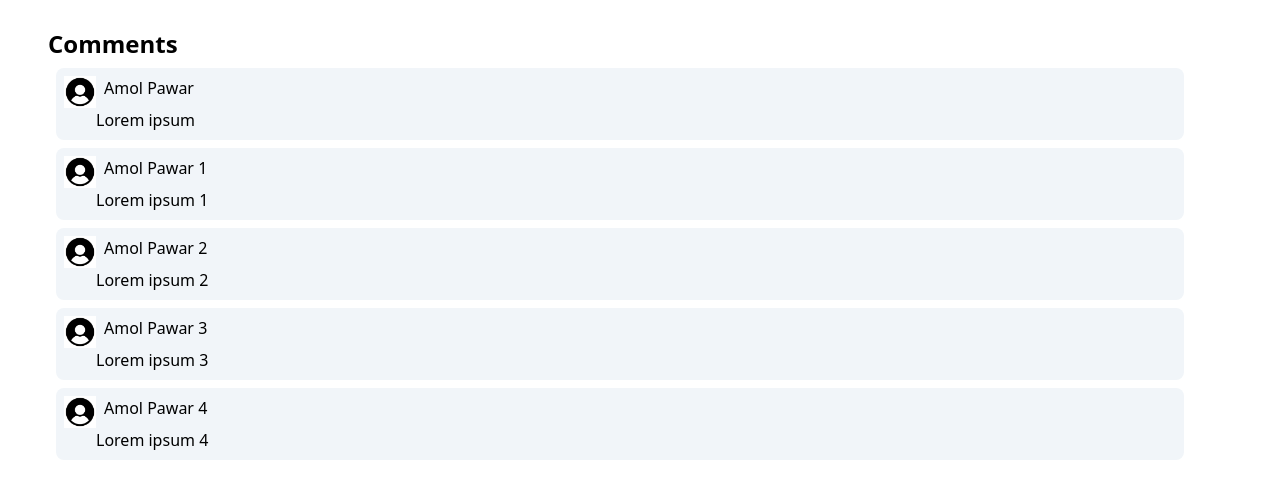
Repository: AmolPawar7181/namaste-youtube
Page: /watch
An editor plug-in stored every save of this project. The page is shown before and after the next save, followed by the edit.
The browser window is 1280 px wide. The pictures show the part of the page from y = 574 to 1390 px (the page is 1070 px tall before and 1390 px after).
The project was rebuilt for these pictures with package versions that can differ from the ones it lists, and the page was loaded fresh each time. Also part of the build but not shown: vite.config.ts, src/components/Button.tsx, src/components/ButtonList.tsx, src/components/VideoCard.tsx, src/components/VideoContainer.tsx, src/components/MainContainer.tsx.

Above is the page before, as saved 2023-03-27 16:27:53.

### index.html
<!DOCTYPE html>
<html lang="en">
	<head>
		<meta charset="UTF-8" />
		<link rel="icon" type="image/svg+xml" href="/vite.svg" />
		<meta name="viewport" content="width=device-width, initial-scale=1.0" />
		<title>Youtube</title>
	</head>
	<body>
		<div id="root"></div>
		<script type="module" src="/src/main.tsx"></script>
	</body>
</html>

### src/App.tsx
import {Provider} from 'react-redux';
import {createBrowserRouter, RouterProvider} from 'react-router-dom';
import Body from './components/Body';
import Head from './components/Head';
import MainContainer from './components/MainContainer';
import SideBar from './components/SideBar';
import Watch from './components/Watch';
import './index.css';
import store from './utils/store';

const appRouter = createBrowserRouter([
	{
		path: '/',
		element: <Body />,
		children: [
			{
				path: '/',
				element: <MainContainer />,
			},
			{
				path: '/watch',
				element: <Watch />,
			},
		],
	},
]);

function App() {
	return (
		<Provider store={store}>
			<Head />
			<RouterProvider router={appRouter} />
		</Provider>
	);
}

export default App;

### src/components/Body.tsx
import {Outlet} from 'react-router-dom';
import SideBar from './SideBar';

const Body = () => {
	return (
		<div className='flex'>
			<SideBar />
			<Outlet />
		</div>
	);
};

export default Body;

### src/components/Head.tsx
import {useEffect, useState} from 'react';
import {useSelector} from 'react-redux';
import {useDispatch} from 'react-redux';
import useDebounce from '../hooks/useDebounce';
import {toggleMenu} from '../utils/appSlice';
import {YOUTUBE_SEARCH_API} from '../utils/Constants';
import {cacheResults} from '../utils/searchSlice';
import {RootState} from '../utils/types';

const Head = () => {
	const dispatch = useDispatch();
	const toggleMenuHandler = () => {
		dispatch(toggleMenu());
	};
	const searchCache = useSelector((store: RootState) => store.search);
	//console.log('searchCache ', searchCache);

	const [searchQuery, setSearchQuery] = useState('');
	const [searchSuggetions, setSearchSuggetions] = useState([]);
	const [showSuggetions, setShowSuggetions] = useState(false);
	const getSearchSuggetions = async () => {
		// if there is any value in searchQuery
		if (searchQuery) {
			// return results from cahce if we have results in cache
			if (searchCache[searchQuery]) {
				setSearchSuggetions(searchCache[searchQuery]);
				return;
			}
			// else make an API call
			const data = await fetch(YOUTUBE_SEARCH_API + searchQuery);
			const json = await data.json();
			setSearchSuggetions(json[1]);
			dispatch(cacheResults({[searchQuery]: json[1]}));
		}
	};

	useDebounce(searchQuery, 200, getSearchSuggetions);

	return (
		<div className='grid grid-flow-col p-2 m-2 shadow-lg'>
			<div className='flex col-span-1 cursor-pointer'>
				<img
					onClick={() => toggleMenuHandler()}
					className='h-8'
					src='data:[embedded picture, 558 characters]'
					alt='menu'
				/>
				<img
					className='h-10 mx-2'
					src='data:[embedded picture, 4610 characters]'
					alt='Youtube'
				/>
			</div>
			<div className='col-span-10 px-10'>
				<input
					className='px-5 w-1/2 border border-gray-400 p-2 rounded-l-full'
					type='text'
					value={searchQuery}
					onChange={(e) => setSearchQuery(e.target.value)}
					onFocus={() => setShowSuggetions(true)}
					onBlur={() => setShowSuggetions(false)}
				/>
				<button className=' border border-gray-400 p-2 rounded-r-full bg-gray-100'>
					Search
				</button>
				{searchSuggetions && searchSuggetions.length > 0 && showSuggetions ? (
					<div className='absolute bg-white w-1/3 p-2'>
						<ul>
							{searchSuggetions.map((result, index) => (
								<li key={index}> {result}</li>
							))}
						</ul>
					</div>
				) : null}
			</div>
			<div className='col-span-1'>
				<img
					className='h-8'
					alt='user'
					src='data:[embedded picture, 3630 characters]'
				/>
			</div>
		</div>
	);
};

export default Head;

### src/components/Watch.tsx
import {useEffect} from 'react';
import {useDispatch} from 'react-redux';
import {useSearchParams} from 'react-router-dom';
import {closeMenu} from '../utils/appSlice';
import CommentsContainer from './CommentsContainer';

const Watch = () => {
	const [searchParams] = useSearchParams();
	console.log('searchParams ', searchParams.get('v'));
	const dispatch = useDispatch();
	useEffect(() => {
		dispatch(closeMenu());
	});

	return (
		<div className='px-5'>
			<iframe
				width='1200'
				height='500'
				src={'https://www.youtube.com/embed/' + searchParams.get('v')}
				title='YouTube video player'
				frameBorder='0'
				allow='accelerometer; autoplay; clipboard-write; encrypted-media; gyroscope; picture-in-picture; web-share'
				allowFullScreen
			></iframe>
			<CommentsContainer />
		</div>
	);
};

export default Watch;

### src/utils/store.tsx
import {configureStore} from '@reduxjs/toolkit';
import appSlice from './appSlice';
import searchSlice from './searchSlice';

const store = configureStore({
	reducer: {
		app: appSlice,
		search: searchSlice,
	},
});

export default store;

### src/components/SideBar.tsx
import {useSelector} from 'react-redux';
import {RootState} from '../utils/types';
import {Link} from 'react-router-dom';

const SideBar = () => {
	const isMenuOpen = useSelector((store: RootState) => store.app.isMenuOpen);
	if (!isMenuOpen) return null;
	return (
		<div className='p-5 shadow-lg w-48 h-auto'>
			<ul>
				<li>
					<Link to='/'>Home </Link>
				</li>
				<li>Shorts</li>
				<li>Videos</li>
				<li>Live</li>
			</ul>
			<h1 className='font-bold pt-5'>Subscriptions</h1>
			<ul>
				<li>Music</li>
				<li>Sports</li>
				<li>Gaming</li>
				<li>movies</li>
			</ul>
			<h1 className='font-bold pt-5'>Watch Later</h1>
			<ul>
				<li>Music</li>
				<li>Sports</li>
				<li>Gaming</li>
				<li>movies</li>
			</ul>
		</div>
	);
};

export default SideBar;

### src/hooks/useDebounce.tsx
import {useEffect} from 'react';

const useDebounce = (text: string, time = 200, cb: Function) => {
	useEffect(() => {
		const timer = setTimeout(cb, time);

		return () => {
			clearTimeout(timer);
		};
	}, [text]);

	return;
};

export default useDebounce;

### src/utils/appSlice.tsx
import {createSlice, PayloadAction} from '@reduxjs/toolkit';
import {MenuState} from './types';

const initialState: MenuState = {
	isMenuOpen: true,
};

const appSlice = createSlice({
	name: 'app',
	initialState,
	reducers: {
		toggleMenu: (state) => {
			state.isMenuOpen = !state.isMenuOpen;
		},
		closeMenu: (state) => {
			state.isMenuOpen = false;
		},
		openMenu: (state) => {
			state.isMenuOpen = true;
		},
	},
});

export const {toggleMenu, closeMenu, openMenu} = appSlice.actions;
export default appSlice.reducer;

### src/utils/Constants.tsx
const GOOGLE_API_KEY = 'AIzaSyA_GI28dgw1cDtZb02UPCc75R2PI81KM0s';
export const YOUTUBE_VIDEOS_API =
	'https://youtube.googleapis.com/youtube/v3/videos?part=snippet%2CcontentDetails%2Cstatistics&chart=mostPopular&regionCode=IN&maxResults=50&key=' +
	GOOGLE_API_KEY;
export const YOUTUBE_SEARCH_API =
	'http://suggestqueries.google.com/complete/search?client=firefox&ds=yt&q=';

### src/utils/searchSlice.tsx
import {createSlice} from '@reduxjs/toolkit';

const searchSlide = createSlice({
	name: 'search',
	initialState: {},
	reducers: {
		cacheResults: (state, action) => {
			if (action.payload !== ' ') state = Object.assign(state, action.payload);
		},
	},
});

export const {cacheResults} = searchSlide.actions;
export default searchSlide.reducer;

### src/components/CommentsContainer.tsx
import CommentList from './CommentList';

const commentsData = [
	{
		name: 'Amol Pawar',
		text: 'Lorem ipsum',
		replies: [],
	},
	{
		name: 'Amol Pawar 1',
		text: 'Lorem ipsum 1',
		replies: [
			{
				name: 'Amol Pawar',
				text: 'Lorem ipsum 1-1',
				replies: [],
			},
		],
	},
	{
		name: 'Amol Pawar 2',
		text: 'Lorem ipsum 2',
		replies: [],
	},
	{
		name: 'Amol Pawar 3',
		text: 'Lorem ipsum 3',
		replies: [],
	},
	{
		name: 'Amol Pawar 4',
		text: 'Lorem ipsum 4',
		replies: [
			{
				name: 'Amol Pawar 4-1',
				text: 'Lorem ipsum 4-1',
				replies: [
					{
						name: 'Amol Pawar 4-1-1',
						text: 'Lorem ipsum 4-1-1',
						replies: [],
					},
					{
						name: 'Amol Pawar 4-1-2',
						text: 'Lorem ipsum 4-1-2',
						replies: [],
					},
				],
			},
		],
	},
];

const CommentsContainer = () => {
	return (
		<div className='m-5 p-2'>
			<h1 className='text-2xl font-bold'>Comments</h1>
			<CommentList comments={commentsData} />
		</div>
	);
};

export default CommentsContainer;

### src/components/CommentList.tsx
import Comment from './Comment';

const CommentList = ({comments}: {comments: any}) => {
	return (
		<div>
			{comments.map((comment: any, index: number) => (
				<Comment key={index} data={comment} />
			))}
		</div>
	);
};

export default CommentList;

### src/components/Comment.tsx
import React from 'react';

const Comment = ({data}: {data: any}) => {
	return (
		<div className='p-2 m-2 bg-slate-100 rounded-lg'>
			<div className='flex'>
				<img
					className='h-8'
					alt='user'
					src='data:[embedded picture, 3630 characters]'
				/>
				<span className='pl-2'>{data.name}</span>
			</div>
			<div className='pl-8'>{data.text}</div>
		</div>
	);
};

export default Comment;

### tailwind.config.cjs
/** @type {import('tailwindcss').Config} */
module.exports = {
  content: [
    "./index.html",
  "./src/**/*.{js,ts,jsx,tsx}",],
  theme: {
    extend: {},
  },
  plugins: [],
}

Loaded but not shown: src/main.tsx (common file); src/index.css (common file)

After the next save:
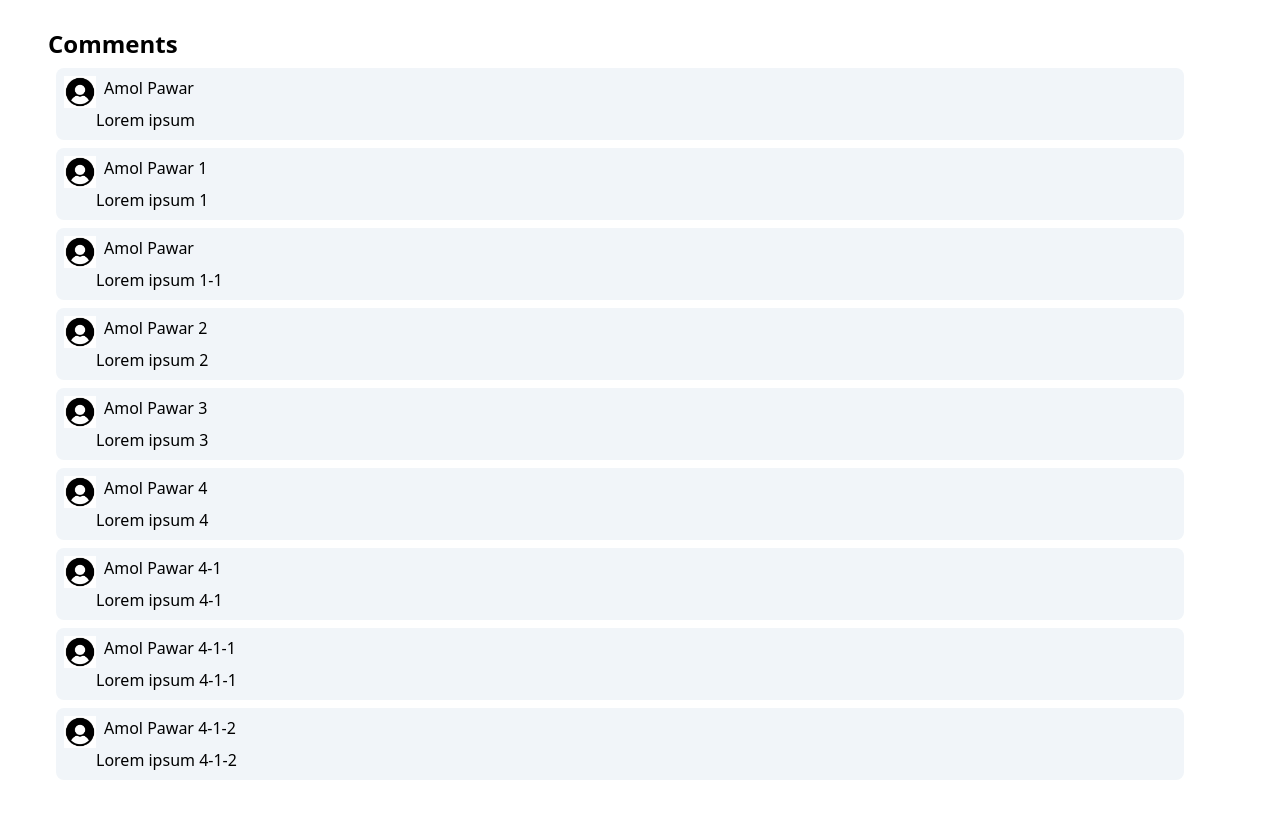
Saved 58 s later.
--- a/src/components/CommentList.tsx
+++ b/src/components/CommentList.tsx
@@ -4,7 +4,10 @@
 	return (
 		<div>
 			{comments.map((comment: any, index: number) => (
-				<Comment key={index} data={comment} />
+				<>
+					<Comment key={index} data={comment} />
+					<CommentList comments={comment.replies} />
+				</>
 			))}
 		</div>
 	);
